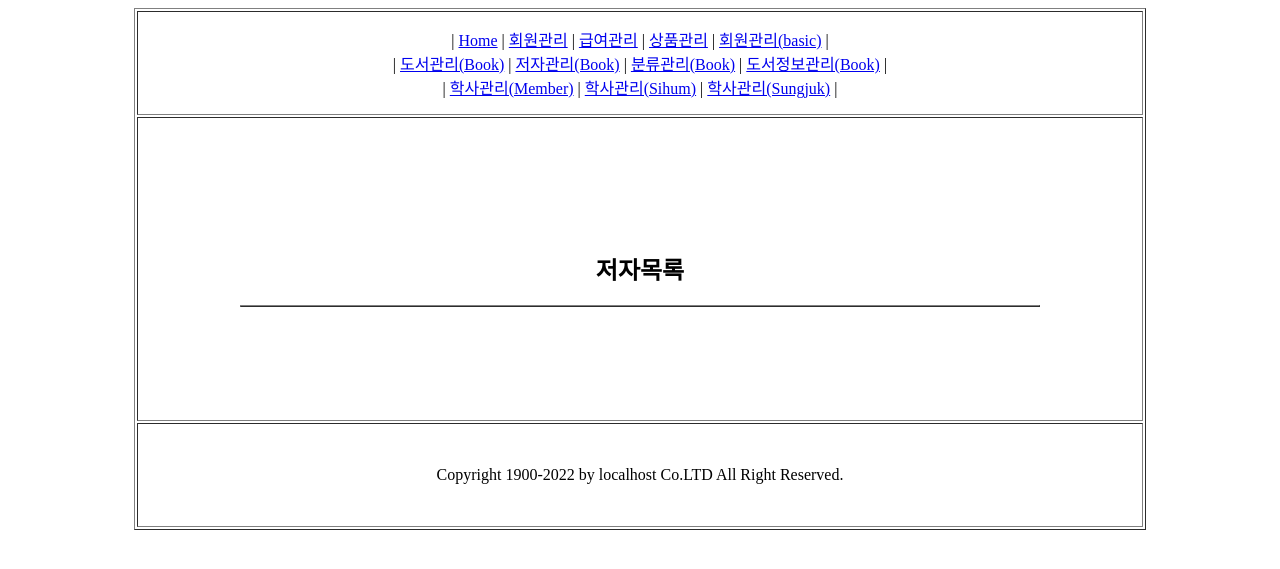
Repository: Mildous/HKIT-BackendClass
Page: http://localhost/jspTest/BookAuthor/insert.jsp
An editor plug-in stored every save of this project. The page is shown before and after the next save, followed by the edit.
The browser window is 1280 px wide. The pictures show the whole page.
The page is served by Tomcat 9.

Above is the page before, as saved 2022-08-16 02:17:55.

After the next save:
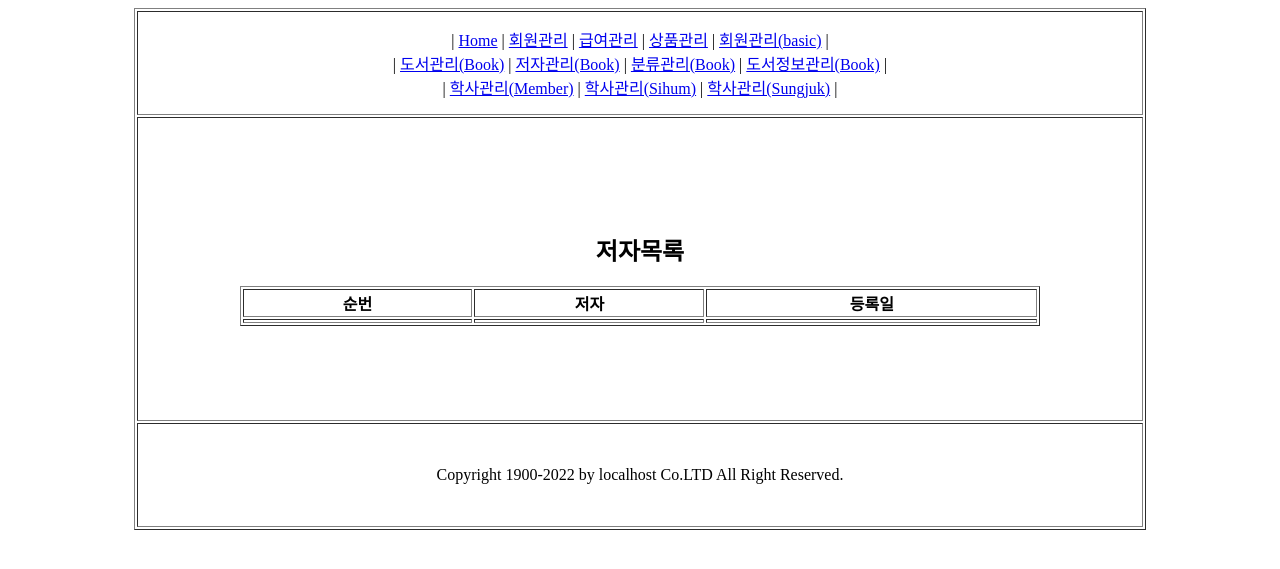
Saved 39 s later.
--- a/workspace/jsp/jspTest/WebContent/BookAuthor/insert_sub.jsp
+++ b/workspace/jsp/jspTest/WebContent/BookAuthor/insert_sub.jsp
@@ -5,6 +5,13 @@
 
 <table border="1" width="80%" align="center">
 	<tr>
-
+		<th>순번</th>
+		<th>저자</th>
+		<th>등록일</th>
+	</tr>
+	<tr>
+		<td></td>
+		<td></td>
+		<td></td>
 	</tr>
 </table>
